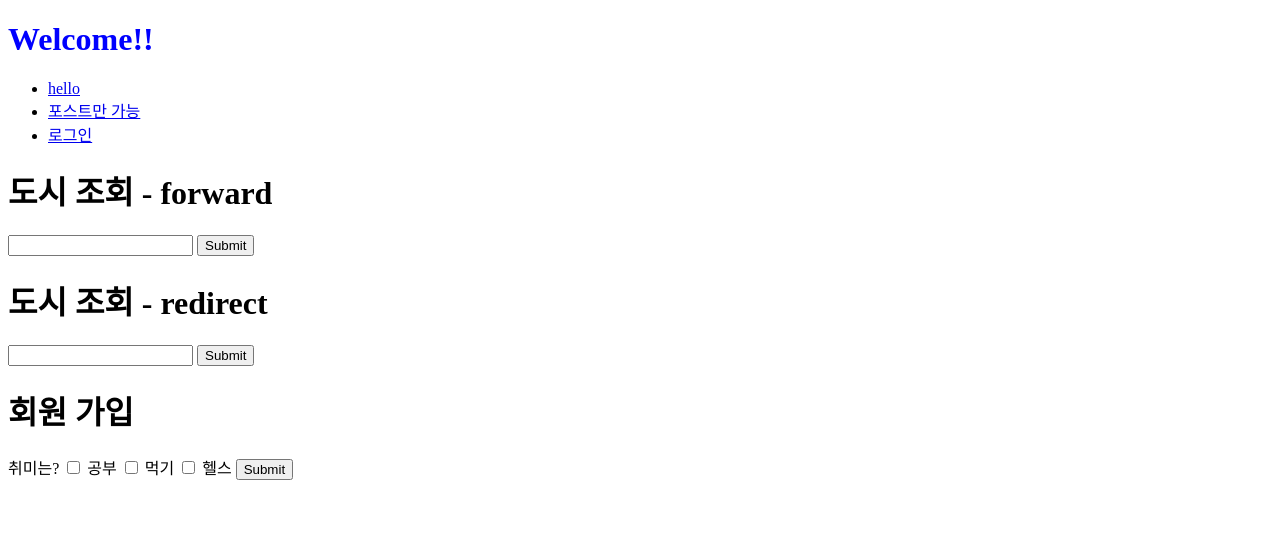
Repository: bgmun01/woorifisa_java
Page: http://localhost/jpa_2/WEB-INF/view/index.jsp
The author's editor kept a copy of each file at every save. The page is drawn from the files as they stood at one save, then again after the next save.
The browser window is 1280 px wide. The pictures show the whole page.
The page is served by Tomcat 10. Nobody is signed in. Other server files are loaded and not shown. The template is opened directly, without the code that normally fills it, so the values that code supplies are empty.

Above is the page before, as saved 2023-06-23 07:09:39.

### jpa_2/src/main/webapp/WEB-INF/view/index.jsp
<%@ page language="java" contentType="text/html; charset=UTF-8"
	pageEncoding="UTF-8"%>
<!DOCTYPE html>
<html>
<head>
<meta charset="UTF-8">
<title>Insert title here</title>
<link rel="stylesheet" href="/common.css">
</head>
<body>
	<h1 id="title">Welcome!!</h1>
	<ul>
		<li><a href="/hello?name=hong">hello</a> <%--//이렇게 처음 요청이 오면 컨트롤러가 필요하다 --%>
		</li>
		<li><a href="/onlypost"> 포스트만 가능 </a></li>
		<li><a href="/user/login"> 로그인 </a></li>
	</ul>
	<h1>도시 조회 - forward</h1>
	<form method="get" action="/city/select">
		<input type="text" name="no"> <input type="submit">
	</form>

	<h1>도시 조회 - redirect</h1>
	<form method="get" action="/city/select2">
		<input type="text" name="no"> <input type="submit">
	</form>

	<h1>회원 가입</h1>
	<form action="/user/join" method="post">
		<label>취미는?</label>
		<input type="checkbox" name="hobby" value = "study" id="study">
		<label for = "study">공부</label>
		<input type="checkbox" name="hobby" value = "eat" id="eat">
		<label for = "eat">먹기</label>
		<input type="checkbox" name="hobby" value = "health" id="health">
		<label for = "health">헬스</label>
		<input type = "submit">
	</form>

</body>
</html>

### jpa_2/src/main/resources/static/common.css
#title{
	color: blue;
}

After the next save:
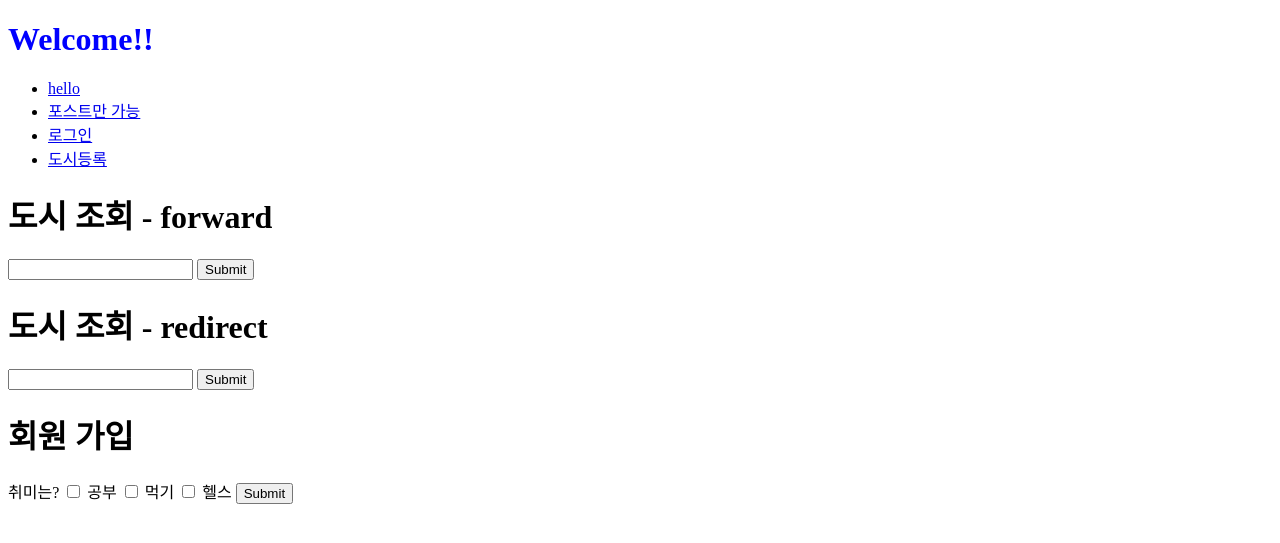
Saved 48 s later.
--- a/jpa_2/src/main/webapp/WEB-INF/view/index.jsp
+++ b/jpa_2/src/main/webapp/WEB-INF/view/index.jsp
@@ -13,7 +13,12 @@
 		<li><a href="/hello?name=hong">hello</a> <%--//이렇게 처음 요청이 오면 컨트롤러가 필요하다 --%>
 		</li>
 		<li><a href="/onlypost"> 포스트만 가능 </a></li>
-		<li><a href="/user/login"> 로그인 </a></li>
+		<li>
+		<a href="/user/login"> 로그인 </a>
+		</li>
+		<li>
+		<a href="/city/regist"> 도시등록 </a>
+		</li>
 	</ul>
 	<h1>도시 조회 - forward</h1>
 	<form method="get" action="/city/select">
